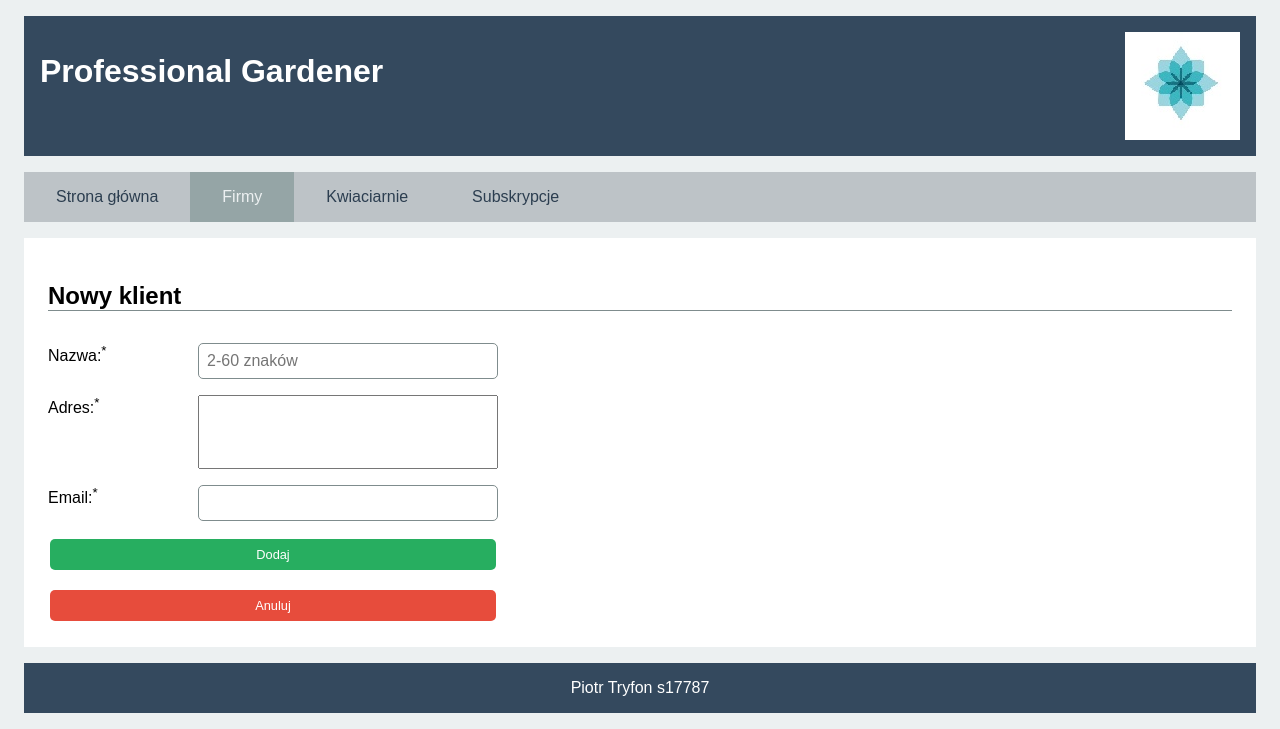
Repository: s17787/TIN
Page: tin_zaoczne_12_s17787_html-css/pages/client-form.html
The author's editor kept a copy of each file at every save. The page is drawn from the files as they stood at one save, then again after the next save.
The browser window is 1280 px wide. The pictures show the whole page.

Above is the page before, as saved 2021-01-06 09:35:43.

After the next save:
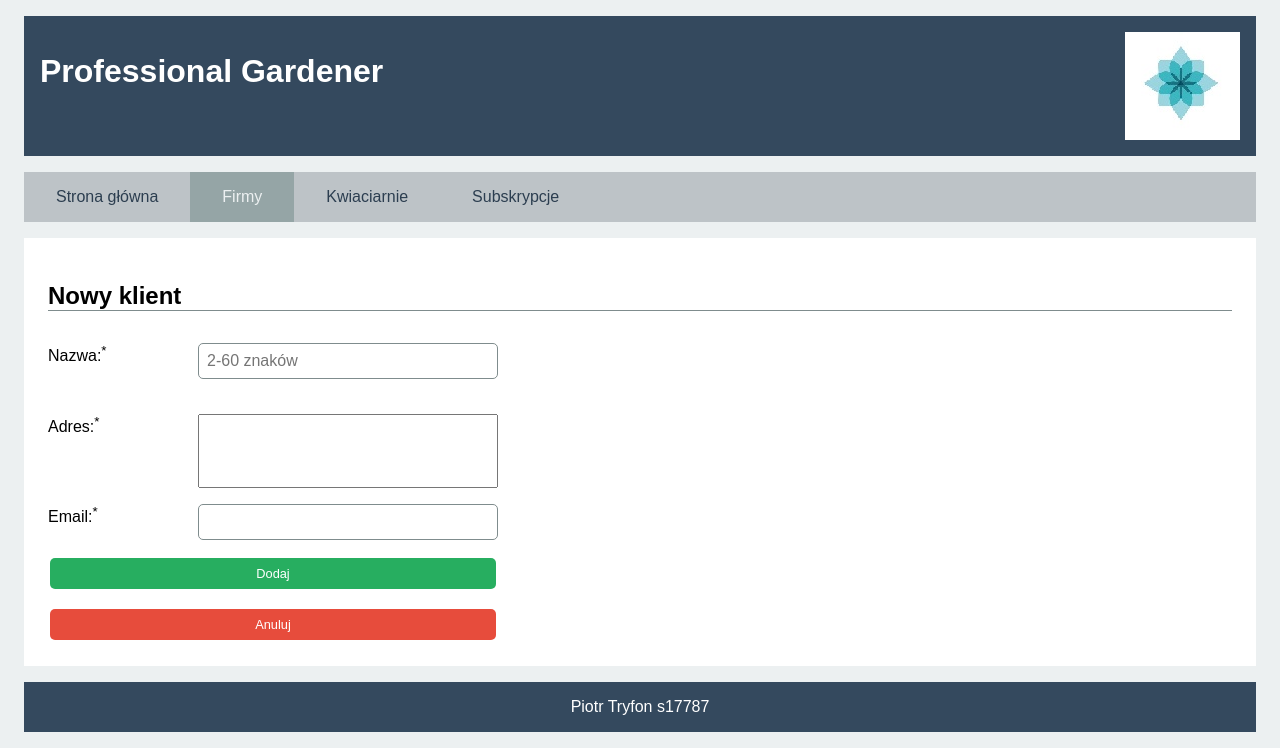
Saved 39 s later.
--- a/tin_zaoczne_12_s17787_html-css/pages/client-form.html
+++ b/tin_zaoczne_12_s17787_html-css/pages/client-form.html
@@ -26,6 +26,7 @@
             <!--<div class="form-group">-->
                 <label for="Name">Nazwa:<sup>*</sup></label>
                 <input type="text" name="Name" id="Name" placeholder="2-60 znaków"/>
+                <span id="errorName" class="errors-text"></span>
             <!--</div>-->
             <!--<div class="form-group">-->
                 <label for="Adres">Adres:<sup>*</sup></label>
